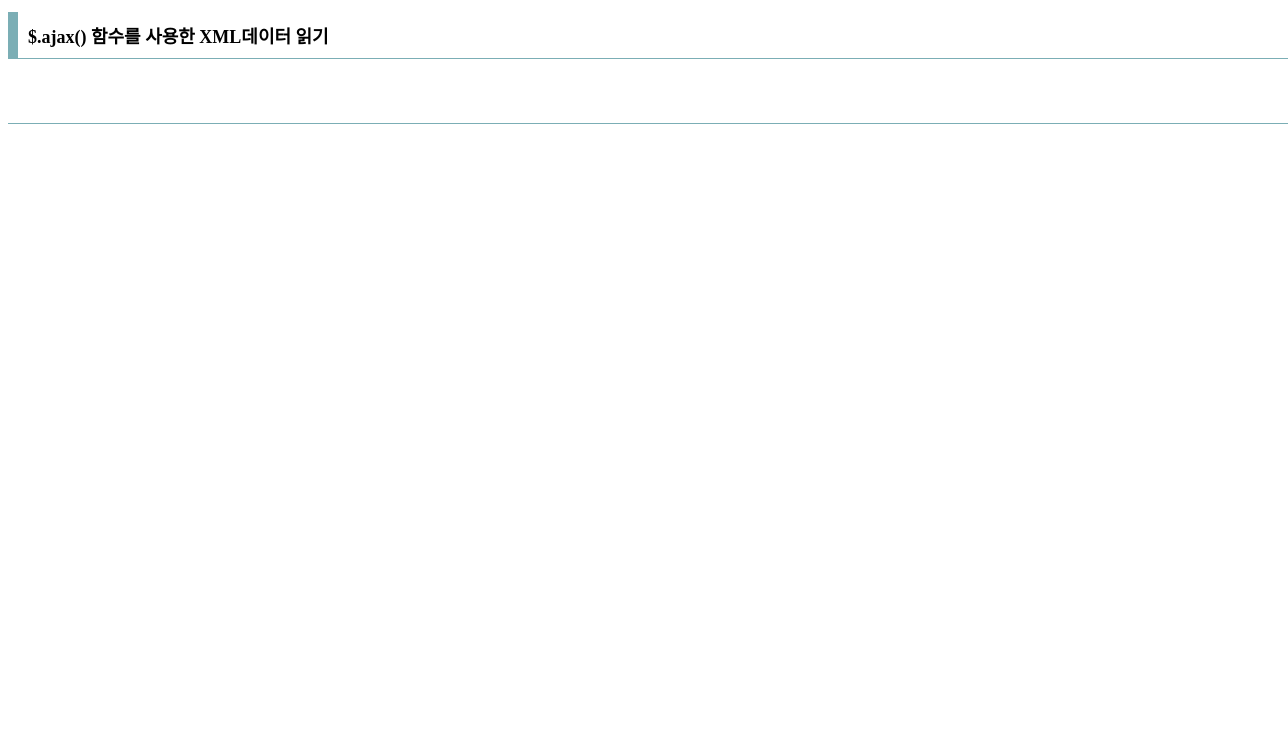
Repository: jigudeong-i/backenddeveloper
Page: firstExample/src/main/webapp/ajaxExample/load_xml.html
An editor plug-in stored every save of this project. The page is shown before and after the next save, followed by the edit.
The browser window is 1280 px wide. The page is 1288 px wide, so the pictures cover 1288 px, including what lies to the right of the window. The pictures show the whole page.

Above is the page before, as saved 2025-07-21 02:14:49.

After the next save:
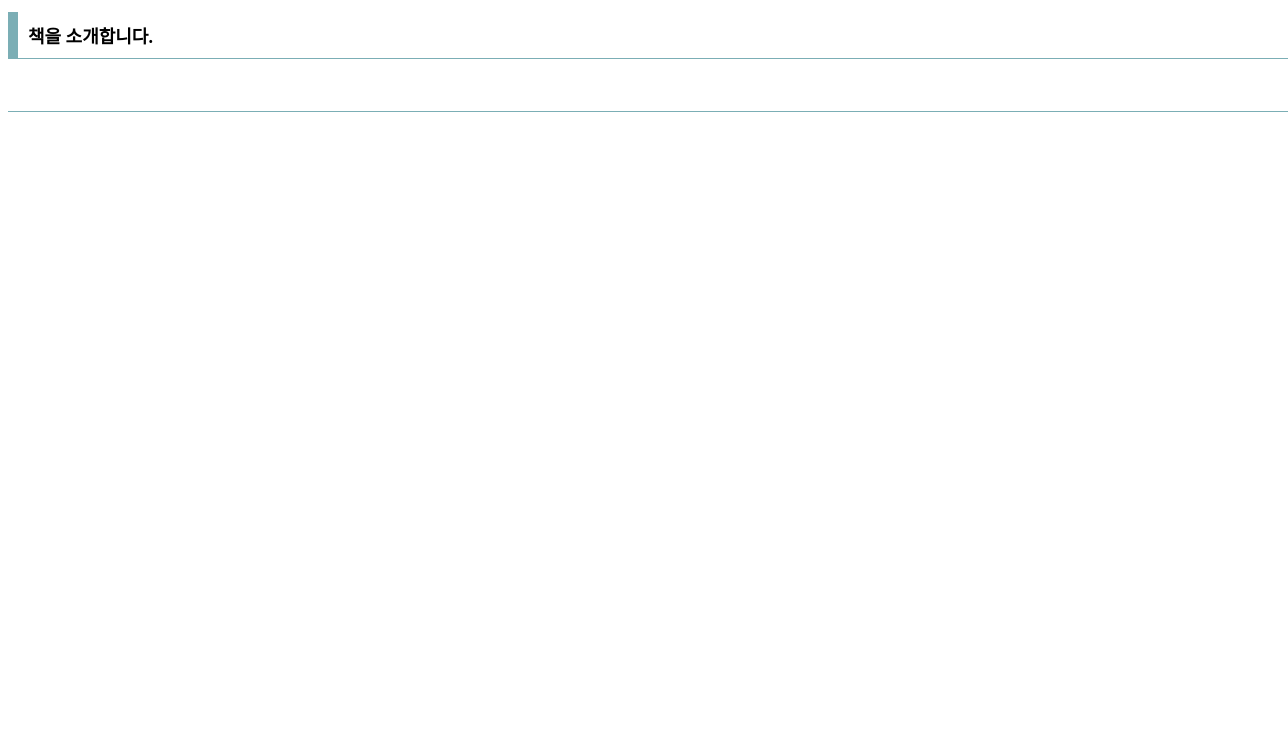
Saved 11 s later.
--- a/firstExample/src/main/webapp/ajaxExample/load_xml.html
+++ b/firstExample/src/main/webapp/ajaxExample/load_xml.html
@@ -1,66 +1,58 @@
 <!DOCTYPE html>
-<!--
-[요구사항]
-1. book.xml 생성. (여러분이 좋아하는 책정보로 정의해 주세요. 책제목 등....)
-2. load_xml.html 파일 생성.
-3. 버튼 클릭 시가 아니라 현재 페이지가 로딩 후 바로 책정보가 화면에 보이도록 설정해 주세요.
- -->
 <html lang="ko">
 	<head>
-		<meta charset="utf-8" />
-		<meta name="viewport" content="width=device-width, initial-scale=1.0">
-		<title>ajax - load_xml.html</title>
-		<link href="../image/icon.png" rel="icon" type="image/x-icon" />
+		<meta charset="UTF-8">
+		<meta name="viewport" content="width=device-width, initial-scale=1">
+		<title>book introduce</title>
+		<link href="../image/icon.png" rel="icon" type="image/x-con" />
 
 		<link rel="stylesheet" href="../css/common.css"/>
 	</head>
 	<body>
-		<h1 class="title">$.ajax() 함수를 사용한 XML데이터 읽기</h1>
-		<div class="console" id="result">
-			<ul id="view"></ul>
-		</div>
-
+		<h1 class="title">책을 소개합니다.</h1>
+		<div class="console" id="result"></div>
 		<script src="../js/jquery-3.7.1.min.js"></script>
 		<script>
-			$.ajax({
+			/*$.ajax({
 				url: '/firstExample/ajax/xml/book.xml',
 				method: 'get',
 				dataType: 'xml'
-			}).done(function (data) {
+			}).done(function(data){     // 매개변수?
+				$("#result").html("");
+				$(data).find("bookInfo").each(function(){
+
+					console.log($(this).index());
+
+					let title= $(this).find("title").text();
+					let price= $(this).find("price").text();
+					let author= $(this).find("author").text();
+
+					let div= $("<div>");
+					let p1= $("<p>").html(title);
+					let p2= $("<p>").html(price);
+					let p3= $("<p>").html(author);
+
+					div.append(p1).append(p2).append(p3);
+					$("#result").append(div);
+					$("#result").append("<hr />");
+				});
+			}).fail(function(xhr, textStatus){
+				$("#result").html(textStatus + " (HTTP-" + xhr.status + ")");
+			});*/
+
+
+			$.get('/firstExample/ajax/xml/book.xml', function(data){
 				$(data).find('book').each(function(){
-					console.log($(this).index());
-					let no = $(this).index()+1;
-					let title = $(this).find("title").text();
-					let author = $(this).find("author").text();
-					let price = $(this).find("price").text();
+					let title= $(this).find("title").text();
+					let price= $(this).find("author").text();
+					let author = $(this).find("price").text();
 
-					let txt = $("<li>").html(no + " - " + title + ", " + author + "저자(글), "+ price );
+					let txt = $("<li>").html(title + ", " + author + ", " + price);
 					$('#view').append(txt);
 				});
-			}).fail(function(xhr, textStatus) {
-				 //통신이 실패했을 때 실행되는 함수.
-				$("#result").html(textStatus + " (HTTP-" + xhr.status + ")");
-			});
-
-			/* get() 함수로 접근
-			   $.get(요청할 url, 요청시 전달할 파라미터, 콜백함수) <-정상적으로 호출 시 호출함수
-			   .fail(콜백함수)<- 실패시 호출 함수
-			   같은 서버에 위치하고 있는 데이터를 요청하기 때문에 ../ajax/xml/book.xml 가능하다.
-			   하지만 다른 위치에서 접근시 경로가 달라져야 하기 때문에 uri 요청을 권장한다 */
-
-			$.get('/firstExample/ajax/xml/book.xml',function(data) {
-				$(data).find('book').each(function(){
-					let title = $(this).find("title").text();
-					let author = $(this).find("author").text();
-					let price = $(this).find("price").text();
-
-					let txt = $("<li>").html(title + ", " + author + ", "+ price );
-					$('#view').append(txt);
-				});
-			}).fail(function(xhr, status) {
-			    $("#result").html("오류가 발생했습니다.<br />").append("상태: " + status);
+			}).fail(function(xhr, status){
+				$("#result").html("오류가 발생했습니다.<br />").append("상태: " + status);
 			});
 		</script>
-
 	</body>
 </html>
